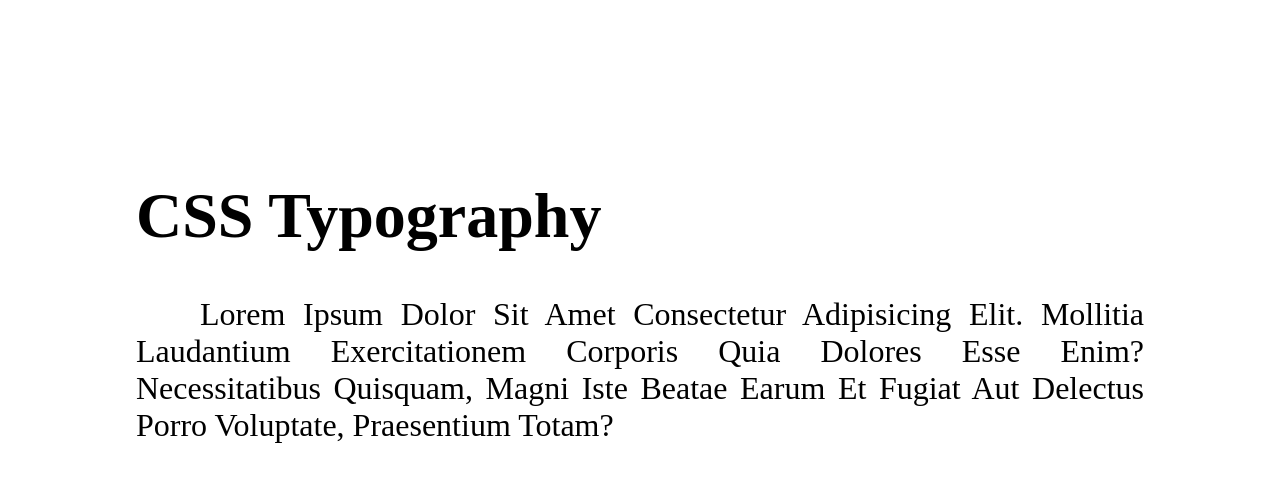
Repository: madhurik9999/Css
Page: index.html
The author's editor kept a copy of each file at every save. The page is drawn from the files as they stood at one save, then again after the next save.
The browser window is 1280 px wide. The pictures show the whole page.

Above is the page before, as saved 2023-12-10 13:26:44.

After the next save:
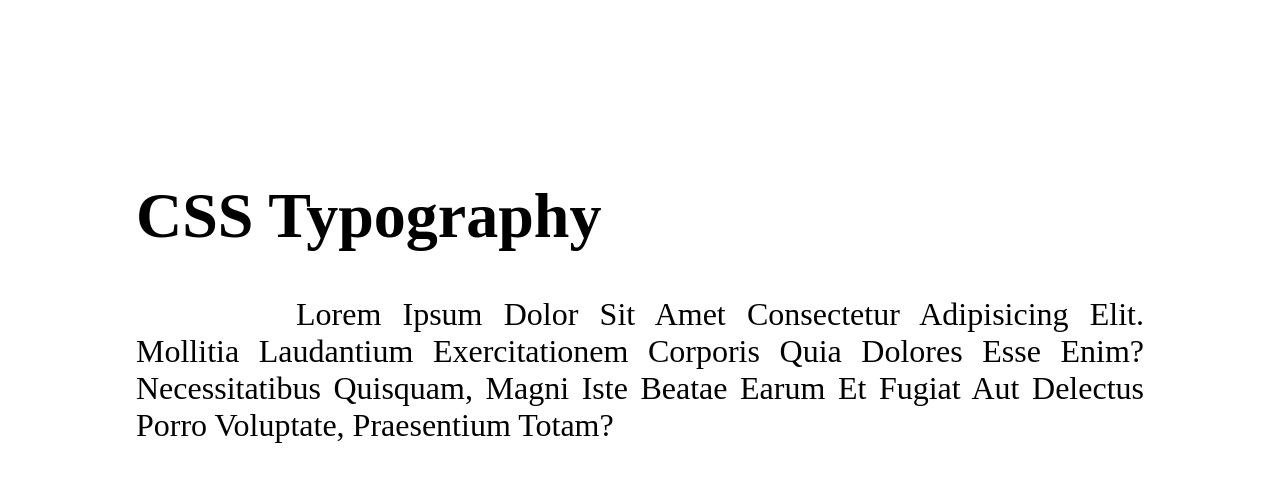
Saved 11 s later.
--- a/styles/style.css
+++ b/styles/style.css
@@ -15,5 +15,5 @@
     /* text-transform: uppercase;
     text-transform: lowercase;*/
     text-align: justify;
-    text-indent: 2em;
+    text-indent: 5em;
 }
